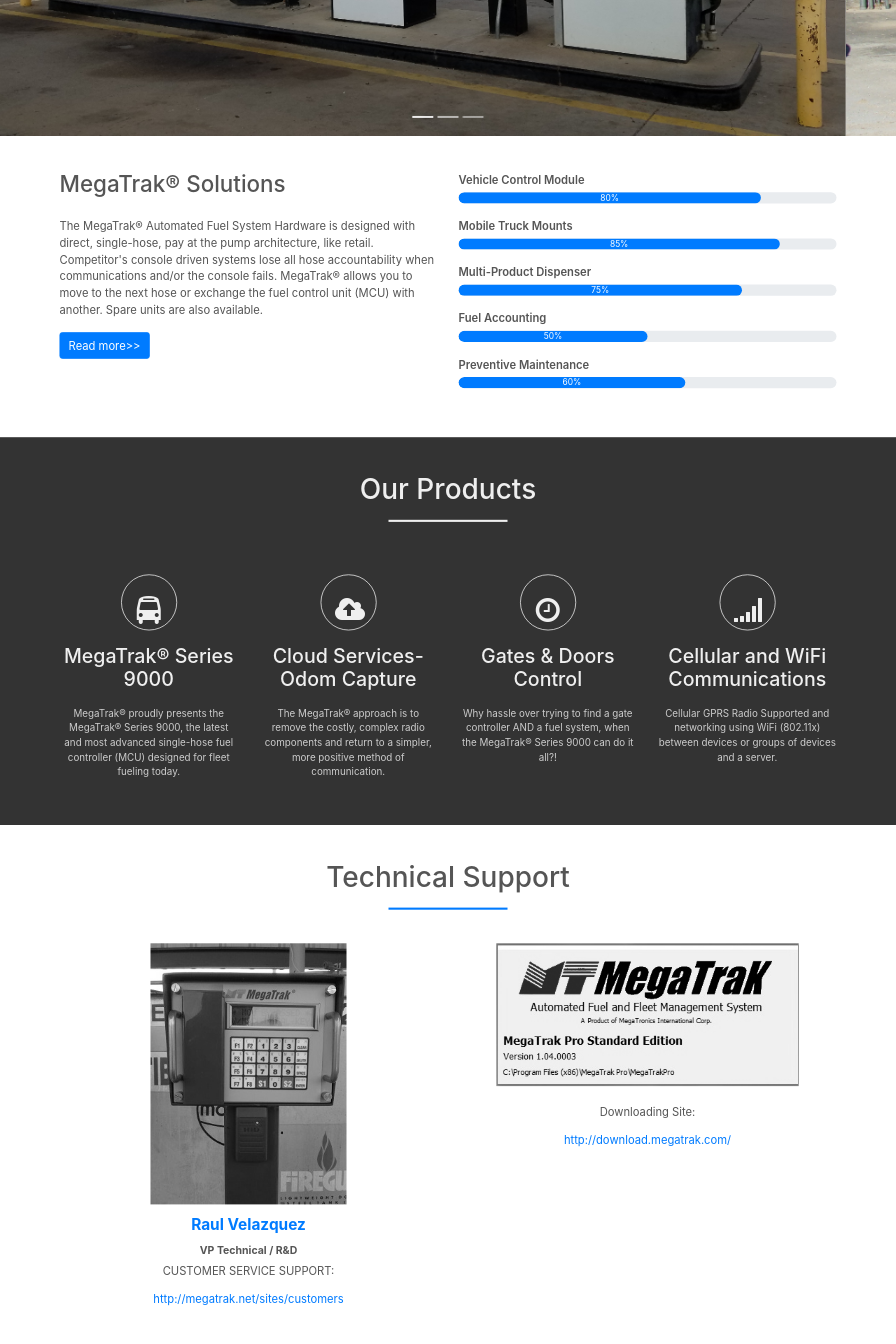
Repository: navegantemx/MegaTrak-Milestone-Project
Page: index.html
The author's editor kept a record of every edit. The page is drawn from the files as they stood at one moment, then again after the next edit.
The browser window is 1280 px wide. The pictures show the part of the page from y = 631 to 2551 px (the page is 4228 px tall before and 4368 px after), at 70% of full size.
Backgrounds fixed to the window are drawn as part of the page.

Above is the page before.

### index.html
<!DOCTYPE html>
<html lang="en">
<head>
    <meta charset="UTF-8">
    <meta name="viewport" content="width=device-width, initial-scale=1.0">
    <meta http-equiv="X-UA-Compatible" content="ie=edge">
    <link rel="stylesheet" href="https://stackpath.bootstrapcdn.com/bootstrap/4.3.1/css/bootstrap.min.css" type="text/css" />
    <link rel="stylesheet" href="https://stackpath.bootstrapcdn.com/font-awesome/4.7.0/css/font-awesome.min.css" type="text/css" />
    <script src="https://code.jquery.com/jquery-3.3.1.slim.min.js"></script>
    <script src="https://cdnjs.cloudflare.com/ajax/libs/popper.js/1.14.7/umd/popper.min.js"></script>
    <script src="https://stackpath.bootstrapcdn.com/bootstrap/4.3.1/js/bootstrap.min.js"></script>
    <link rel="stylesheet" href="assets/css/style.css" type="text/css" />
    <title>MegaTrak - Automated Fuel Systems</title>
</head>
<body>

    <!-----------------------Part code taken from YouTube channel "Easy Tutorials" ------------>

    <!-----------------------Navigation Bar------------>

    <section id="nav-bar">
        <nav class="navbar navbar-expand-lg navbar-light">
            <a class="navbar-brand" href="#"><img src="assets/images/mt-logo.png"></a>
            <button class="navbar-toggler" type="button" data-toggle="collapse" data-target="#navbarNav" aria-controls="navbarNav" aria-expanded="false" aria-label="Toggle navigation">
            <span class="navbar-toggler-icon"></span></button>
            <div class="collapse navbar-collapse" id="navbarNav">
                <ul class="navbar-nav ml-auto"
                    <li class="nav-item">
                        <a class="nav-link" href="#top">HOME</a>
                    </li>
                    <li class="nav-item">
                        <a class="nav-link" href="#solutions">SOLUTIONS</a>
                    </li>
                    <li class="nav-item">
                        <a class="nav-link" href="#products">PRODUCTS</a>
                    </li>
                    <li class="nav-item">
                        <a class="nav-link" href="#support">SUPPORT</a>
                    </li>
                    <li class="nav-item">
                        <a class="nav-link" href="#news">NEWS</a>
                    </li>
                    <li class="nav-item">
                        <a class="nav-link" href="#contact">CONTACT</a>
                    </li>
                </ul>
            </div>
        </nav>
    </section>

    <!-----------------------Slider------------>

    <div id="slider">
        <div id="headerSlider" class="carousel slide" data-ride="carousel">
            <ol class="carousel-indicators">
                <li data-target="#headerSlider" data-slide-to="0" class="active"></li>
                <li data-target="#headerSlider" data-slide-to="1"></li>
                <li data-target="#headerSlider" data-slide-to="2"></li>
            </ol>
            <div class="carousel-inner">
                <div class="carousel-item active">
                    <img class="d-block img-fluid" src="assets/images/banner1.jpg">
                    <div class="carousel-caption">
                        <h5>TRANSPORTATION</h5>
                    </div>
                </div>
                <div class="carousel-item">
                    <img class="d-block img-fluid" src="assets/images/banner2.jpg">
                    <div class="carousel-caption">
                        <h5>MATERIALS</h5>
                    </div>
                </div>
                <div class="carousel-item">
                    <img class="d-block img-fluid" src="assets/images/banner3.jpg">
                    <div class="carousel-caption">
                        <h5>CITIES AND COUNTIES</h5>
                    </div>
                </div>
            </div>
            <a class="carousel-control-prev" href="#headerSlider" role="button" data-slide="prev">
                <span class="carousel-control-prev-icon" aria-hidden="true"></span>
                <span class="sr-only">Previous</span>
            </a>
            <a class="carousel-control-next" href="#headerSlider" role="button" data-slide="next">
                <span class="carousel-control-next-icon" aria-hidden="true"></span>
                <span class="sr-only">Next</span>
             </a>
        </div>
    </div>

    <!-----------------------Solutions------------>

    <section id="solutions">
        <div class="container">
            <div class="row">
                <div class="col-md-6">
                    <h2>MegaTrak® Solutions</h2>
                    <div class="about-content">
                        The MegaTrak® Automated Fuel System Hardware is designed with direct, single-hose, pay at the pump architecture, like retail.
                        Competitor's console driven systems lose all hose accountability when communications and/or the console fails.
                        MegaTrak® allows you to move to the next hose or exchange the fuel control unit (MCU) with another.
                        Spare units are also available.
                    </div>
                    <button type="button" class="btn btn-primary">Read more>>
                    </button>
                </div>
                <div class="col-md-6 skills-bar">
                    <p>Vehicle Control Module</p>
                    <div class="progress">
                        <div class="progress-bar" style="width: 80%;">80%</div>
                    </div>
                    <p>Mobile Truck Mounts</p>
                    <div class="progress">
                        <div class="progress-bar" style="width: 85%;">85%</div>
                    </div>
                    <p>Multi-Product Dispenser</p>
                    <div class="progress">
                        <div class="progress-bar" style="width: 75%;">75%</div>
                    </div>
                    <p>Fuel Accounting</p>
                    <div class="progress">
                        <div class="progress-bar" style="width: 50%;">50%</div>
                    </div>
                    <p>Preventive Maintenance</p>
                    <div class="progress">
                        <div class="progress-bar" style="width: 60%;">60%</div>
                    </div>
                </div>
            </div>
        </div>
    </section>

    <!-----------------------Solutions------------>

    <section id="products">
        <div class="container">
            <h1>Our Products</h1>
            <div class="row products">
                <div class="col-md-3 text-center">
                    <div class="icon">
                        <i class="fa fa-bus"></i>
                    </div>
                    <h3>MegaTrak® Series 9000</h3>
                    <p>MegaTrak® proudly presents the MegaTrak® Series 9000,
                    the latest and most advanced single-hose fuel controller (MCU) designed for fleet fueling today.</p>
                </div>
                <div class="col-md-3 text-center">
                    <div class="icon">
                        <i class="fa fa-cloud-upload"></i>
                    </div>
                    <h3>Cloud Services-Odom Capture</h3>
                    <p>The MegaTrak® approach is to remove the costly, complex radio components and return to a simpler,
                    more positive method of communication.</p>
                </div>
                <div class="col-md-3 text-center">
                    <div class="icon">
                        <i class="fa fa-clock-o"></i>
                    </div>
                    <h3>Gates & Doors Control</h3>
                    <p>Why hassle over trying to find a gate controller AND a fuel system, when the MegaTrak® Series 9000 can do it all?!</p>
                </div>
                <div class="col-md-3 text-center">
                    <div class="icon">
                        <i class="fa fa-signal"></i>
                    </div>
                    <h3>Cellular and WiFi Communications</h3>
                    <p>Cellular GPRS Radio Supported and networking using WiFi (802.11x) between devices or groups of devices and a server.</p>
                </div>
            </div>
        </div>
    </section>

    <!-----------------------Support------------>

    <section id="support">
        <div class="container">
            <h1>Technical Support</h1>
            <div class="row">
                <div class="col-md-6 profile-pic text-center">
                <div class="img-box">
                    <img src="assets/images/support1.jpg" class="img-responsive">
                    <ul>
                        <a href="#"><li><i class="fa fa-facebook"></i></li></a>
                        <a href="#"><li><i class="fa fa-twitter"></i></li></a>
                        <a href="#"><li><i class="fa fa-linkedin"></i></li></a>
                    </ul>
                </div>
                    <h2>Raul Velazquez</h2>
                    <h3>VP Technical / R&D</h3>
                    <P>CUSTOMER SERVICE SUPPORT:</P>
                    <a href="http://megatrak.net/sites/customers/">http://megatrak.net/sites/customers</a>
                </div>
                <div class="col-md-6 profile-pic text-center">
                <div class="img-box">
                    <img src="assets/images/support2.jpg" class="img-responsive">
                </div>
                    <br>
                    <P>Downloading Site:</P>
                    <a href="http://download.megatrak.com/">http://download.megatrak.com/</a>
                </div>
            </div>
        </div>
    </section>

    <!-----------------------News------------>

    <section id="news">
        <div class="container">
            <h1>News</h1>
            <p class="text-center">MegaTrak® IN THE NEWS</p>
            <div class="row">
                <div class="col-md-4 text-center">
                    <div class="profile">
                        <img src="assets/images/news1.jpg" class="user">
                        <blockquote>Brad Murchison, San Antonio Lightning Business Editor:
                        "Its versatility, as a truck mounted system, makes it the most reliable system for truck mounted dispensing,"
                        Turner told reporters at the Megatronics' corporate headquarters Sunday.</blockquote>
                            <h3>Kay Turner<span> CEO at MegaTronics Int. Corp.</span></h3>
                    </div>
                </div>
            </div>
        </div>
    </section>

   <!-----------------------Contact------------>

    <section id="contact">
        <div class="container">
            <br>
            <h1>BUDGETARY QUOTE</h1>
            <p class="text-center">Interested in receiving more information and/or a quote? Fill out the form below and someone will get back to you within 24-48 business hours.</p>
            <div class="row">
                <div class="col-md-6">
                    <form class="contact-form">
                        <div class="form-group">
                            <input type="number" class="form-control" placeholder="# of Sites to be Fitted with MegaTrak:">
                        </div>
                        <div class="form-group">
                             <input type="number" class="form-control" placeholder="# of Fuel Hoses:">
                        </div>
                        <div class="form-group">
                             <input type="number" class="form-control" placeholder="# of Vehicles/Equipment in Fleet:">
                        </div>
                        <div class="form-group">
                            <input type="number" class="form-control" placeholder="Lube Reels? # of Reels:">
                        </div>
                        <div class="form-group">
                            <input type="number" class="form-control" placeholder="Truck Mounts: # of Fluids:">
                        </div>
                        <div class="form-group">
                            <input type="text" class="form-control" placeholder="Your Name:">
                        </div>
                        <div class="form-group">
                            <input type="text" class="form-control" placeholder="Organization:">
                        </div>
                        <div class="form-group">
                            <input type="text" class="form-control" placeholder="Title:">
                        </div>
                        <div class="form-group">
                            <input type="number" class="form-control" placeholder="Phone#:">
                        </div>
                        <div class="form-group">
                            <input type="email" class="form-control" placeholder="Email Address:">
                        </div>
                        <div class="form-group">
                            <textarea class="form-control" rows="4" placeholder="Other Information"></textarea>
                        </div>
                        <button type="submit" class="btn btn-primary">SUBMIT</button>
                    </form>
                </div>
                <div class="col-md-6 contact-info">
                    <div class="follow"><b>MTI Address:</b><i class="fa fa-map-marker"></i>5150 Broadway Street #459, San Antonio, Tx 78209</div>
                    <div class="follow"><b>Phone#:</b><i class="fa fa-phone"></i>210-804-1007</div>
                    <div class="follow"><b>Email:</b><i class="fa fa-envelope-o"></i>sales@megatrak.com</div>
                    <div class="follow"><label><b>Get Social:</b></label>
                        <a href="#"><i class="fa fa-facebook"></i></a>
                        <a href="#"><i class="fa fa-youtube-play"></i></a>
                        <a href="#"><i class="fa fa-twitter"></i></a>
                        <a href="#"><i class="fa fa-google-plus"></i></a>
                    </div>
                </div>
            </div>
        </div>
    </section>

    <!-----------------------Footer------------>

    <section id="footer">
        <div class="container text-center">
            <p>© Copyright MegaTronics International Corp. 1994-2019. All Rights Reserved</p>
        </div>
    </section>

    <!-----------------------Footer End------------>

    <script src="libraries/smooth-scroll.js"></script>
    <script>var scroll = new SmoothScroll('a[href*="#"]');</script>
</body>
</html>

### assets/css/style.css
*
{
    margin: 0;
    padding: 0;
}

/* -------------------------------------navigation */

#nav-bar
{
    position: sticky;
    top: 0;
    z-index: 10;
}

.navbar-brand img
{
    height: 80px;
    width: 90%;
    padding-left: 0;
}

.navbar-nav li
{
    padding: 0 10px;
}

.navbar-nav li a
{
    float: right;
    text-align: left;
}

#nav-bar ul li a:hover{
    color: #007bff!important;
}

.navbar
{
    background: #fff;
}

.navbar-toggler
{
    border: none!important;
}

.nav-link
{
    color: #555!important;
    font-weight: 600;
    font-size: 16px;
}

/* -------------------------------------Slider */

#slider
{
    width: 100%;
}

.carousel-caption
{
    top: 50%;
    transform: translateY (-50%);
    bottom: initial!important;
}

.carousel-caption h5
{
    color: #fff;
    font-size: 42px;
}

/* -------------------------------------Solutions */

#solutions
{
    padding-top: 50px;
    padding-bottom: 50px;
    color: #555;
}

#solutions .btn
{
    margin-top: 20px;
    margin-bottom: 30px;
}

.about-content
{
    padding-top: 20px;
}

.skills-bar p
{
    margin-bottom: 6px;
    font-weight: 600;
}

.progress
{
    border-radius: 16px; !important;
    margin-bottom: 20px;
}

.progress-bar
{
    border-radius: 16px;
}

/* -------------------------------------Products */


#products
{
    background-image: linear-gradient(rgba(0,0,0,0.8),rgba(0,0,0,0.8));url("../../media/examples/lizard.png");
    background-size: cover;
    background-position: center;
    color: #efefef !important;
    background-attachment: fixed;
    padding-top: 50px;
    padding-bottom: 50px;
}

#products h1
{
    text-align: center;
    color: #efefef !important;
    padding-bottom: 10px;
}

#products h1::after
{
    content: '';
    background: #efefef;
    display: block;
    height: 3px;
    width: 170px;
    margin: 20px auto 5px;
}

.products
{
    margin-top: 40px;
}

.icon
{
    font-size: 40px;
    margin: 20px auto;
    padding: 20px;
    height: 80px;
    width: 80px;
    border:1px solid #fff;
    border-radius: 50%;
}

#products p
{
    font-size: 14px;
    margin-top: 20px;
    color: #ccc;
}

.products .col-md-3:hover{
    background: #007bff;
    cursor: pointer;
    transition: 0.7s;
}

/* -------------------------------------Support */

#support
{
    padding-top: 50px;
    padding-bottom: 50px;
    color: #555;
}

h1
{
    text-align: center;
    color: #555 !important;
    padding-bottom: 10px;
}

h1::after
{
    content: '';
    background: #007bff;
    display: block;
    height: 3px;
    width: 170px;
    margin: 20px auto 5px;
}

.profile-pic
{
    margin-top: 25px;
}

.profile-pic .img-box
{
    opacity: 1;
    display: block;
    position: relative;
}

.profile-pic .img-box img
{
    filter: grayscale(1);
}

.profile-pic .img-box img:hover
{
    filter: grayscale(0);
    cursor: pointer;
}

.profile-pic h2
{
    font-size: 22px;
    font-weight: bold;
    margin-top: 15px;
    color: #007bff !important;
}

.profile-pic h3
{
    font-size: 15px;
    font-weight: bold;
    margin-top: 15px;
}

#support .fa
{
    height: 25px;
    width: 25px;
    color: #007bff !important;
    background: #fff;
    padding: 4px;
    border-radius: 50%;
}

.img-box ul
{
    padding: 15px 0;
    position: absolute;
    z-index: 2;
    bottom: 0;
    left: 50%;
    transform: translateX(-50%);
    opacity: 0;
}

.img-box ul li
{
    padding:5px;
    display: inline-block;
}

.img-box:hover ul

{
    opacity: 1;
}

.img-box ul, .img-box ul li
{
    transition: 0.5s;
}

/* -------------------------------------News */

#news
{
    padding-top: 50px;
    padding-bottom: 50px;
}

#news .row
{
    margin-top: 30px;
}

.col-md-4
{
    margin: 40px auto;
}

.profile
{
    padding: 70px 10px 10px;
    background-color: #efefef;
}

.user
{
    width: 55%;
    height: auto;
}

.profile img

{
    top: -60px;
    position: absolute;
    left: calc(50% - 60px);
    border: 10px solid #fff;
}

.profile h3
{
    font-size: 20px;
    margin-top: 15px;
    color: #007bff;
}

#news span
{
    font-size: 12px;
    color: #333;
}

blockquote
{
    font-size: 16px;
    line-height: 30px;
}

blockquote::before
{
    content: '\201C';
    font-size: 50px;
    color: #007bff;
    position: relative;
    line-height:20px;
    bottom: -15px;
    right: 5px;
}
blockquote::after
{
    content: '\201D';
    font-size: 50px;
    color: #007bff;
    position: relative;
    line-height:10px;
    bottom: -15px;
    right: 5px;
}

/* -------------------------------------Contact */

#contact
{
    background: #efefef;
    padding-top: 40px;
    padding-bottom: 40px;
    color: #777;
}

.contact-form
{
    padding: 15px;
}

.form-control
{
    border-radius: 0 !important;
    border: none !important;
}

::placeholder
{
    color: #999 !important;
}

.contact-info .fa
{
    margin: 10px;
    color: #007bff;
    font-weight: bold;
}

/* -------------------------------------Footer */

#footer
{
    background: #333;
    color: #fff;
    padding: 12px;
}

Loaded but not shown: libraries/smooth-scroll.js (645 lines, source omitted)

After the next edit:
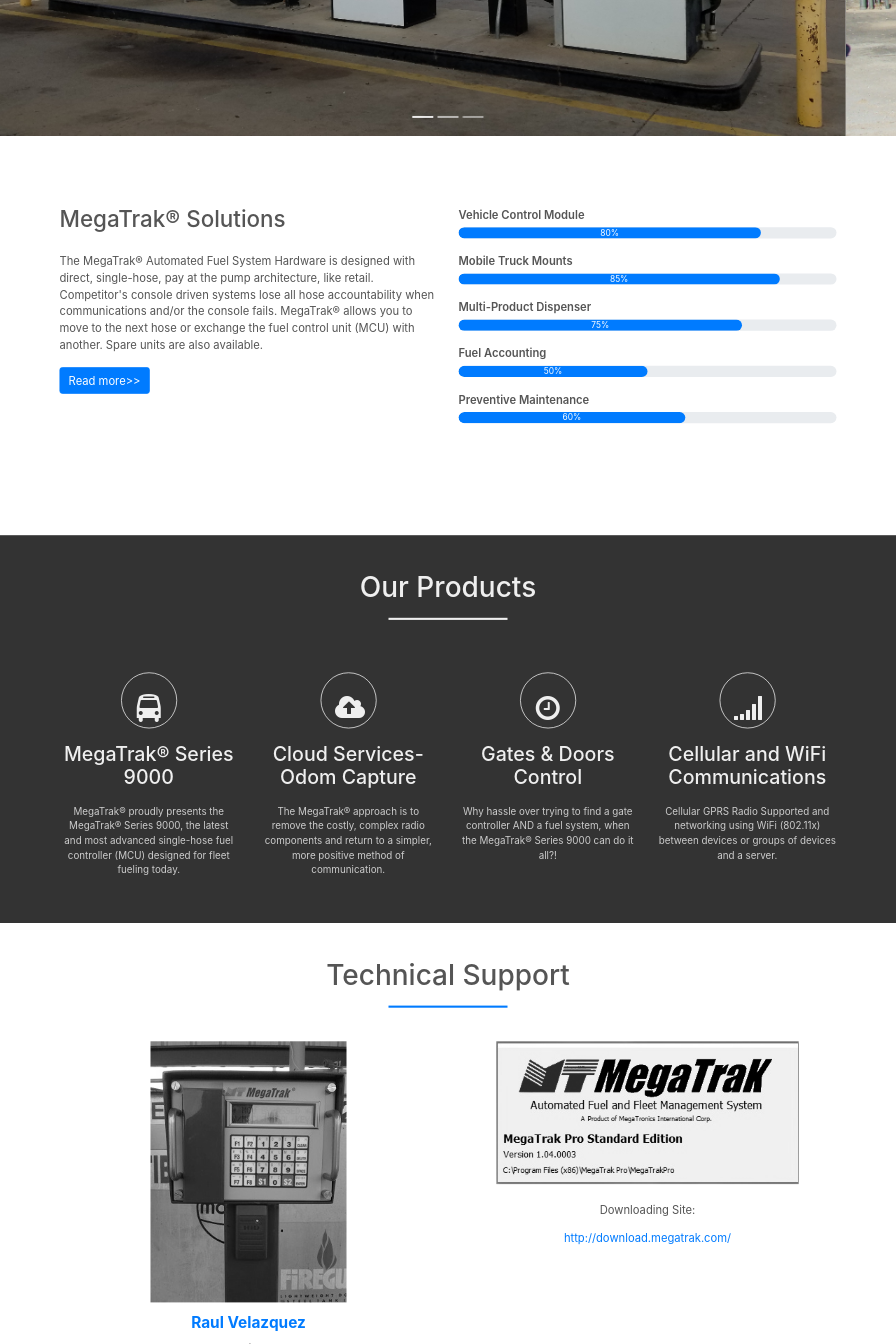
The edit:
--- a/assets/css/style.css
+++ b/assets/css/style.css
@@ -76,8 +76,8 @@
 
 #solutions
 {
-    padding-top: 50px;
-    padding-bottom: 50px;
+    padding-top: 100px;
+    padding-bottom: 140px;
     color: #555;
 }
 
